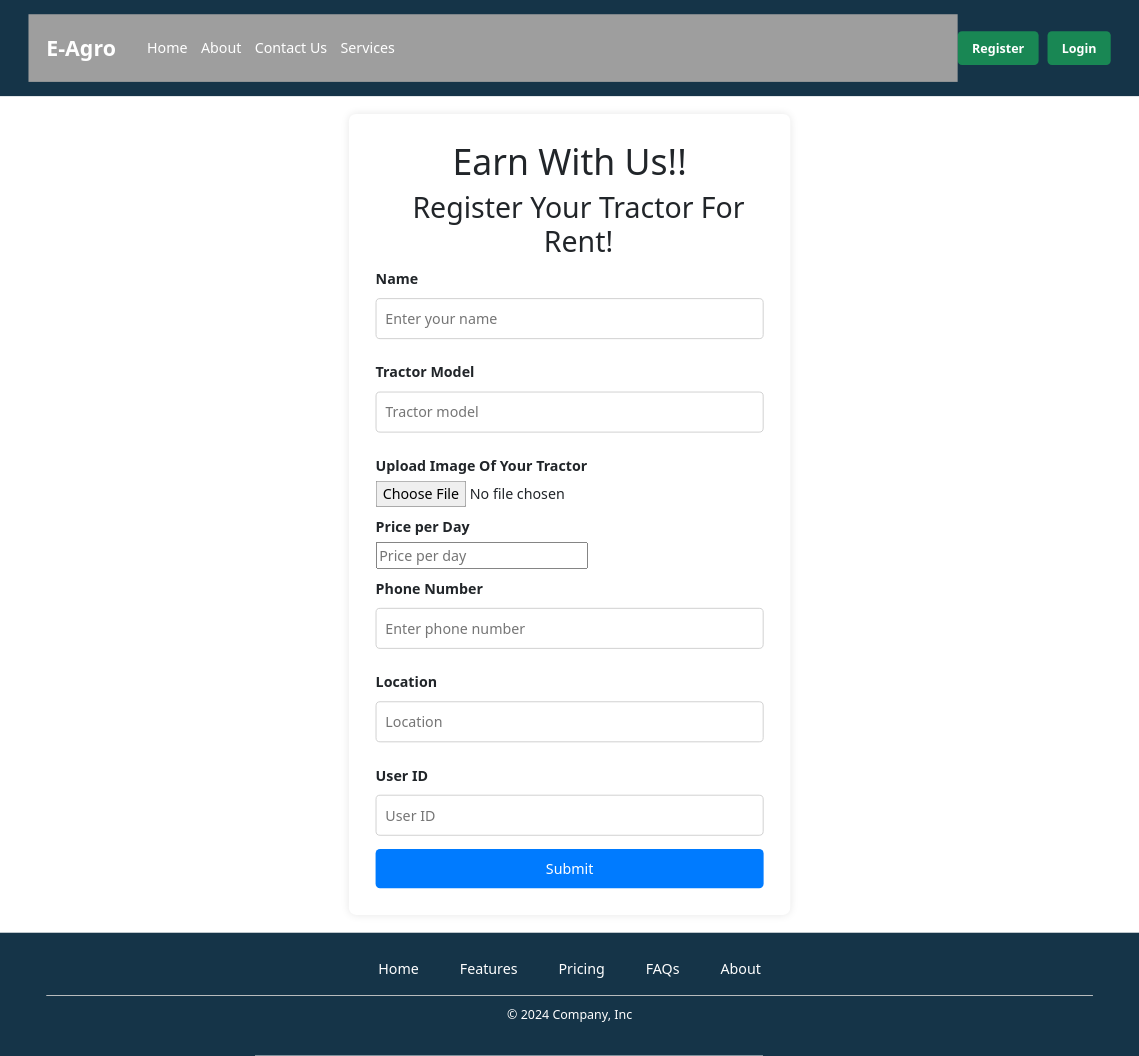
Repository: soniyakhichi11/E-Agro
Page: /FormRental (app in frontend/)
An editor plug-in stored every save of this project. The page is shown before and after the next save, followed by the edit.
The browser window is 1280 px wide. The pictures show the whole page, at 89% of full size.
Pictures or frames that could not be fetched are drawn as grey boxes. The project was rebuilt for these pictures with package versions that can differ from the ones it lists, and the page was loaded fresh each time. Also part of the build but not shown: frontend/vite.config.js, frontend/src/components/Register.jsx, frontend/src/components/Rental.jsx, frontend/src/components/BookingPage.jsx, frontend/src/components/Home.jsx, frontend/src/components/About.jsx, frontend/src/components/Contact.jsx, frontend/src/components/Login.jsx.

Above is the page before, as saved 2025-04-05 11:37:17.

### frontend/src/main.jsx
import { StrictMode } from 'react'
import { createRoot } from 'react-dom/client'
 import './index.css'
import App from './App.jsx'

createRoot(document.getElementById('root')).render(
  <StrictMode>
    <App />
  </StrictMode>,
)

### frontend/src/App.jsx
import {BrowserRouter, Routes, Route} from 'react-router-dom';
import {Navbar} from "./components/Navbar";
import {Register} from "./components/Register";
import {FormRental} from "./components/FormRental";
import {Rental} from "./components/Rental";
import { BookingPage } from './components/BookingPage';
import {Home} from "./components/Home";
import {Footer} from "./components/Footer";
import {About} from "./components/About";
import {ContactPage} from "./components/Contact";
import {Login} from "./components/Login";
import {AuthProvider} from "./components/AuthContext"
function App() {

  return (
    <>
    <AuthProvider>
     <BrowserRouter>
     <Navbar/>
     <Routes>
     <Route path="/register" element={<Register />} />
     <Route path ="/FormRental" element={<FormRental />} />
     <Route path ="/Rental" element={<Rental />} />
     <Route path ="/Booking/:id" element={<BookingPage />} />
     <Route path ="/" element={<Home />} />
     <Route path ="/About" element ={<About/>}/>
     <Route path ="/Contact-us" element ={<ContactPage/>}/>
     <Route path ="/Login" element ={<Login/>}/>

     </Routes>
     <Footer/>
     </BrowserRouter>
     </AuthProvider>
    </>
  )
}

export default App

### frontend/src/components/Navbar.jsx

import { NavLink } from "react-router-dom";
import { useContext } from "react";
import { AuthContext } from "./AuthContext";
import { useState, useEffect } from "react";
import { FontAwesomeIcon } from "@fortawesome/react-fontawesome";
import { faUser } from "@fortawesome/free-solid-svg-icons";

export const Navbar = () => {
  // const [user, setUser] = useState(null);

  const { user, logout } = useContext(AuthContext);

  console.log("🧪 User context:", user);


  // Check if user is already stored (after registration/login)
  // useEffect(() => {
  //   const storedUser = localStorage.getItem("user");
  //   if (storedUser) {
  //     setUser(JSON.parse(storedUser));
  //   }
  // }, []);

  // // Listen for storage changes (in case user logs in/out in another tab)
  // useEffect(() => {
  //   const handleStorageChange = () => {
  //     const storedUser = localStorage.getItem("user");
  //     setUser(storedUser ? JSON.parse(storedUser) : null);
  //   };

  //   window.addEventListener("storage", handleStorageChange);
  //   return () => window.removeEventListener("storage", handleStorageChange);
  // }, []);

  // // Logout function
  // const handleLogout = () => {
  //   localStorage.removeItem("user");
  //   setUser(null);
  // };

  return (
    <header>
      <nav>
        {/* Left Section with Brand and Links */}
        <div className="left-section">
          <NavLink to="#" className="brand">E-Agro</NavLink>
          <ul className="nav-links">
            <li><NavLink to="/">Home</NavLink></li>
            <li><NavLink to="/About">About</NavLink></li>
            <li><NavLink to="/Contact-us">Contact Us</NavLink></li>
            <li className="dropdown">
              <NavLink to="#">Services</NavLink>
              <ul className="dropdown-menu">
                <li><NavLink to="/Rental">Book a Tractor for Rent</NavLink></li>
                <li><NavLink to="/FormRental">Rent Out Your Tractor</NavLink></li>
                <li><NavLink to="/">Crop Consultation & Guidance</NavLink></li>
              </ul>
            </li>
          </ul>
        </div>

        {/* Right Section with User Info or Buttons */}
        {/* <div className="action-buttons">
  {user ? (
    <div className="user-dropdown">
      <button className="user-button">
        <FontAwesomeIcon icon={faUser} />
      </button>
      <ul className="user-menu">
      <li><strong>Username:</strong> {user.username}</li>
        <li><strong>ID:</strong> {user.userId}</li>
        <li><strong>Email:</strong> {user.email}</li>
        <li><button onClick={handleLogout} className="logout-button">Logout</button></li>
      </ul>
    </div>
          ) : (
            <>
              <NavLink to="/register" className="button">Register</NavLink>
              <NavLink to="/Login" className="button">Login</NavLink>
            </>
          )}
        </div> */}

<div className="action-buttons">
          {user ? (
            <div className="user-dropdown">
              <button className="user-button">
                <FontAwesomeIcon icon={faUser} />
              </button>
              <ul className="user-menu">
                <li><strong>Username:</strong> {user.username}</li>
                <li><strong>Email:</strong> {user.email}</li>
                <li><strong>Id:</strong> {user.userId}</li>
                <li><button className='logout-button 'onClick={logout}>Logout</button></li>
              </ul>
            </div>
          ) : (
            <>
              <NavLink to="/register" className="button">Register</NavLink>
              <NavLink to="/login" className="button">Login</NavLink>
            </>
          )}
        </div>
      </nav>
    </header>
  );
};

### frontend/src/components/FormRental.jsx
import { useState } from "react";
import { useNavigate } from "react-router-dom"; // Import useNavigate

import API from "../api/axios"

export const FormRental = () => {
    const navigate = useNavigate(); // Initialize navigation
    const [formData, setFormData] = useState({
        name: "",
        model: "",
        pricePerDay: "",
        phone_number:"",
        location: "",
        userId: "",
        image: null,
        availability: "available"
    });

    const handleChange = (e) => {
        const { name, value } = e.target;
        setFormData({ ...formData, [name]: value });
    };

    const handleFileChange = (e) => {
        setFormData({ ...formData, image: e.target.files[0] });
    };

    const handleSubmit = async (e) => {
        e.preventDefault();

        const userToken = localStorage.getItem("token"); // added
        console.log("🔍 Debug: Retrieved Token:", userToken); //added2

        if (!userToken) { //added

            alert("You must be logged in to add a tractor.");
            navigate("/login");
            return;
        }


        const data = new FormData();
        Object.keys(formData).forEach((key) => {
            if (formData[key]) data.append(key, formData[key]); // Only add fields that have values
        });

        try {
            const response = await API.post("/tracform/addtractors", data, {
                headers: { "Content-Type": "multipart/form-data",
                    "Authorization": `Bearer ${userToken}` //added2
                 }
            });

            console.log("🚀 Debug: API Response:", response); //added2  .data htaya res k bd

            if (response.status === 200 || response.status === 201) {
                alert("Tractor added successfully!");
                if (onTractorAdded) {
                    onTractorAdded(response.data.tractor); // Update the Rental component
                }
                navigate("/Rental"); // Redirect to Rental page
            } else {
                alert("Failed to add tractor: " + response.data.message);
            }
        }


        catch (error) {
            console.error("Error adding tractor:", error);

            alert("❌ Server error. Please try again.");
        }
    };

    return (
        <div className="rental-form-container">
        <div className="rental-form">
            <h1>Earn With Us!!</h1>
            <h2>Register Your Tractor For Rent!</h2>
            <form onSubmit={handleSubmit}>
                <label htmlFor="name">Name</label>
                <input type="text" id="name" name="name" placeholder="Enter your name" onChange={handleChange} required />

                <label htmlFor="model">Tractor Model</label>
                <input type="text" id="model" name="model" placeholder="Tractor model" onChange={handleChange} required />

                <label htmlFor="image">Upload Image Of Your Tractor</label>
                <input type="file" id="image" name="image" accept="image/*" onChange={handleFileChange} required />

                <label htmlFor="pricePerDay">Price per Day</label>
                <input type="number" id="pricePerDay" name="pricePerDay" placeholder="Price per day" onChange={handleChange} required />

                <label htmlFor="phone_number">Phone Number</label>
                <input type="tel" id="phone_number" name="phone_number" placeholder="Enter phone number" onChange={handleChange} required />

                <label htmlFor="location">Location</label>
                <input type="text" id="location" name="location" placeholder="Location" onChange={handleChange} required />

               <label htmlFor="userId">User ID</label>
                <input type="text" id="userId" name="userId" placeholder="User ID" onChange={handleChange} />

                <button type="submit">Submit</button>
            </form>
        </div>
    </div>


    );
};

### frontend/src/components/Footer.jsx
import "bootstrap/dist/css/bootstrap.min.css";
import "bootstrap/dist/js/bootstrap.bundle.min.js";
import { NavLink } from "react-router-dom";

export const Footer=()=>{
    return(
        <>
        <main>
        <footer className="footer">
  <div className="container">
    <ul className="nav">
      <li className="nav-item"><NavLink to="#" className="nav-link px-2">Home</NavLink></li>
      <li className="nav-item"><NavLink to="#" className="nav-link px-2">Features</NavLink></li>
      <li className="nav-item"><NavLink to="#" className="nav-link px-2">Pricing</NavLink></li>
      <li className="nav-item"><NavLink to="#" className="nav-link px-2">FAQs</NavLink></li>
      <li className="nav-item"><NavLink to="#" className="nav-link px-2">About</NavLink></li>
    </ul>
    <p className="copyright">© 2024 Company, Inc</p>
  </div>
</footer>


        </main>
        </>
    );
}

### frontend/src/components/AuthContext.jsx
import { createContext, useState, useEffect } from "react";

// Create authentication context
export const AuthContext = createContext();

export const AuthProvider = ({ children }) => {
  const [user, setUser] = useState(null);

  // Load user from localStorage on mount
  useEffect(() => {
    const storedUser = localStorage.getItem("user");
    if (storedUser) {
      setUser(JSON.parse(storedUser));
    }
  }, []);

  // Login function
  const login = (userData) => {
    localStorage.setItem("user", JSON.stringify(userData));
    setUser(userData);
  };

  // Register function (same as login)
  const register = (userData) => {
    localStorage.setItem("user", JSON.stringify(userData));
    setUser(userData);
  };

  // Logout function
  const logout = () => {
    localStorage.removeItem("user");
    setUser(null);
  };

  return (
    <AuthContext.Provider value={{ user, login, register, logout }}>
      {children}
    </AuthContext.Provider>
  );
};

Loaded but not shown: frontend/index.html (common file); frontend/tailwind.config.js (common file); frontend/src/api/axios.js (10 lines, source omitted); frontend/src/index.css (798 lines, source omitted)

After the next save:
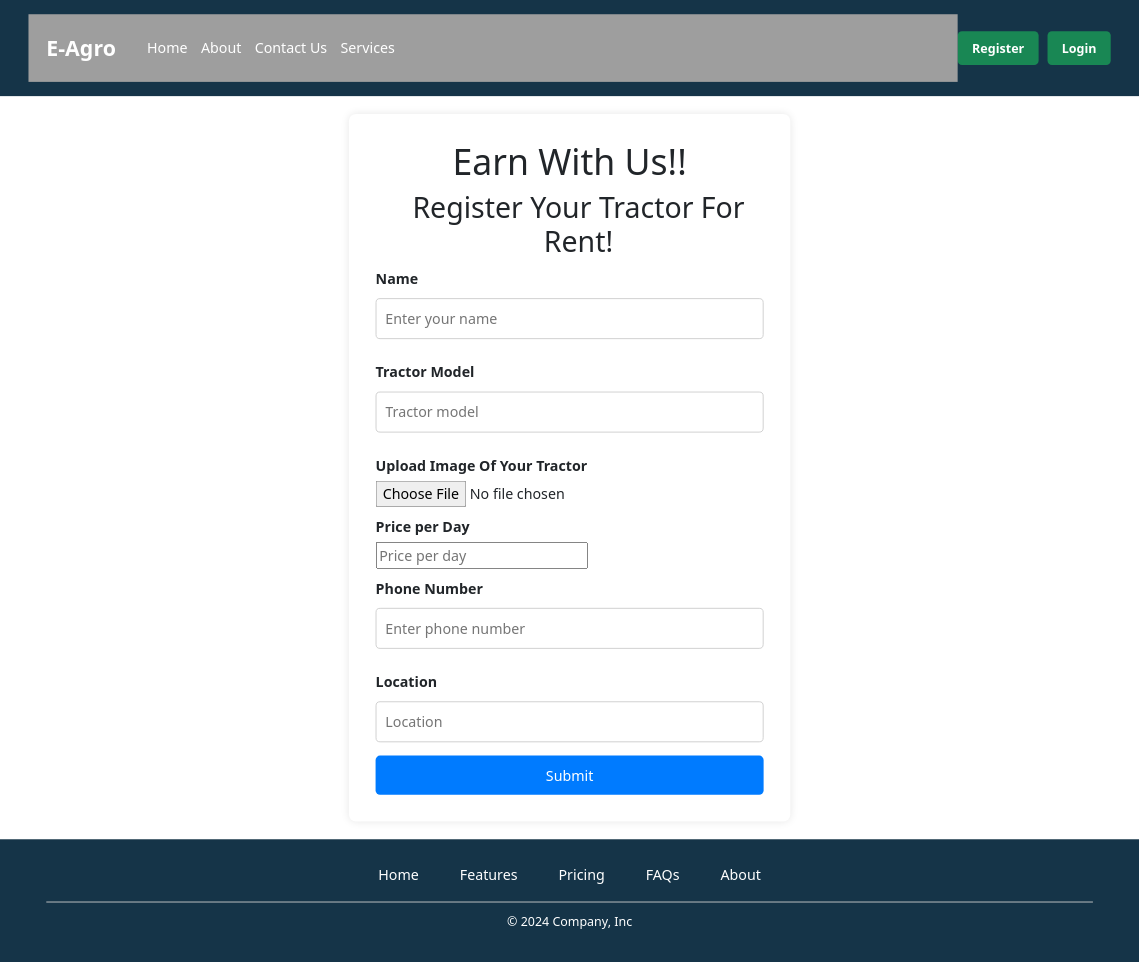
Saved 4 s later.
--- a/frontend/src/components/FormRental.jsx
+++ b/frontend/src/components/FormRental.jsx
@@ -96,8 +96,8 @@ export const FormRental = () => {
                 <label htmlFor="location">Location</label>
                 <input type="text" id="location" name="location" placeholder="Location" onChange={handleChange} required />
 
-               <label htmlFor="userId">User ID</label>
-                <input type="text" id="userId" name="userId" placeholder="User ID" onChange={handleChange} />
+               {/* <label htmlFor="userId">User ID</label>
+                <input type="text" id="userId" name="userId" placeholder="User ID" onChange={handleChange} /> */}
 
                 <button type="submit">Submit</button>
             </form>
